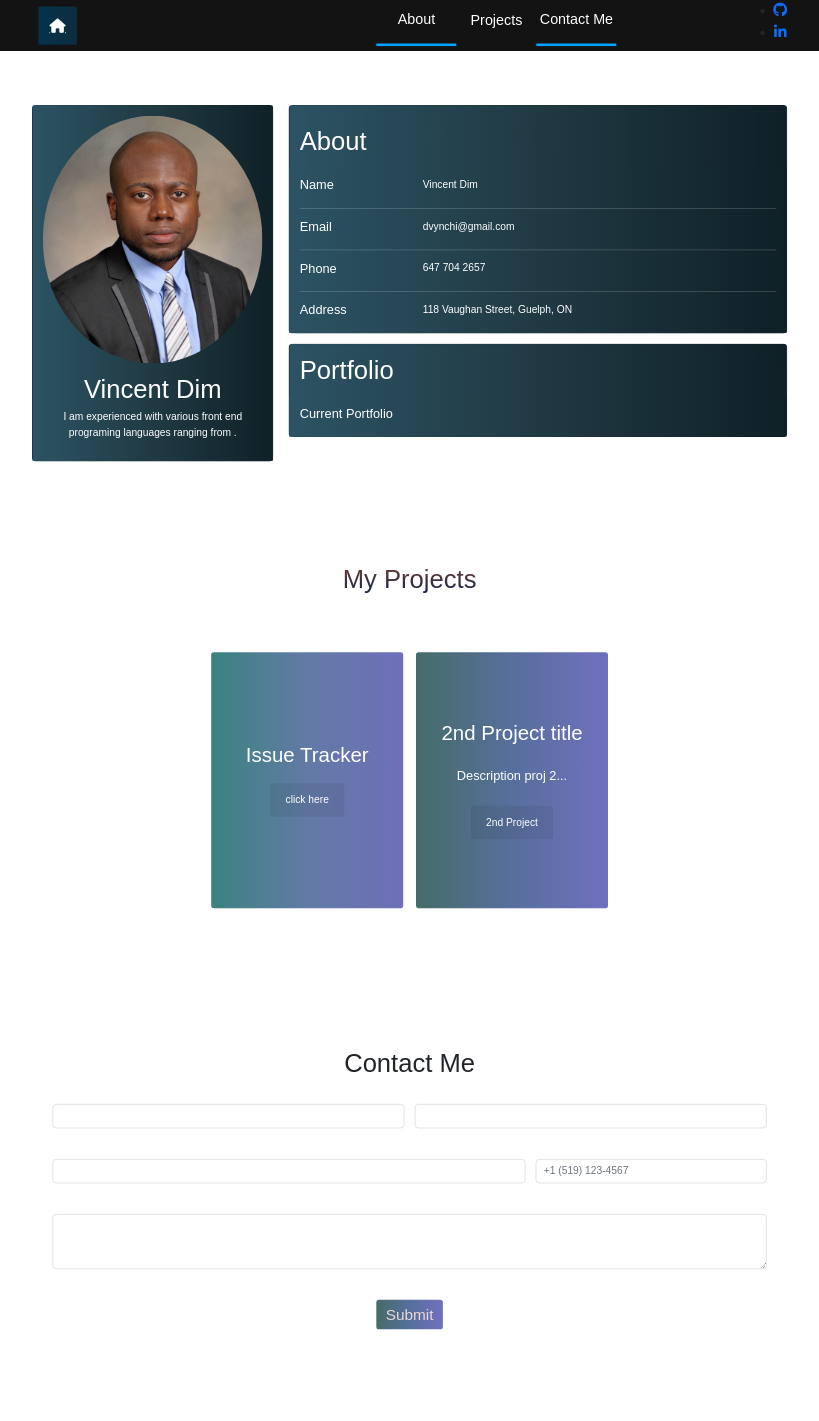
Repository: dvynchi/profile-2022
Page: index.html
The author's editor kept a copy of each file at every save. The page is drawn from the files as they stood at one save, then again after the next save.
The browser window is 1280 px wide. The pictures show the whole page, at 64% of full size.
Some web libraries are served in a nearby version.

Above is the page before, as saved 2022-08-22 22:16:38.

### index.html
<!DOCTYPE html>
<html lang="en">
<head>
    <meta charset="UTF-8">
    <meta http-equiv="X-UA-Compatible" content="IE=edge">
    <meta name="viewport" content="width=device-width, initial-scale=1.0">
    <title>Vincent Dim</title>
    <!-- embed remote icon library -->
    <script src="https://kit.fontawesome.com/f634dfbd28.js" crossorigin="anonymous"></script>
    <link rel="stylesheet" href="styles.css">
    <!-- embed remote style sheet - bootstrap -->
    <link rel="stylesheet" href="https://cdn.jsdelivr.net/npm/bootstrap@5.2.0/dist/css/bootstrap.min.css" rel="stylesheet" integrity="sha384-gH2yIJqKdNHPEq0n4Mqa/HGKIhSkIHeL5AyhkYV8i59U5AR6csBvApHHNl/vI1Bx" crossorigin="anonymous">
</head>

<body>

    <!-- Navbar Section -->

    <nav class="nav">
        <div class="navbar_container">
            <a href="#about" id="navbar_logo"><i class="fa fa-home fa" aria-hidden="true"></i></a>  <!--<a> is used to create hyperlink named color-->

                <!--create hamburger menu (3 bars)-->
            <div class="navbar_toggle" id="mobile-menu">
                <span class="bar"></span>
                <span class="bar"></span>
                <span class="bar"></span>
            </div>

            <!--CREATE NAV MENU-->
            <ul class="navbar_menu">
                <li class="navbar_item">
                    <a href="#about" class="navbar_links" id="about-page">About</a>
                </li>
                <li class="navbar_item">
                    <a href="#projects" class="navbar_links" id="projects-page">Projects</a>
                </li>
                <li class="navbar_item">
                    <a href="#contact" class="navbar_links" id="contact-page">Contact Me</a>
                </li>
            </ul>

            <!-- GitHub and Linkedin -->
            <ul class="icons">
                <li><a href="https://github.com/dvynchi/" class="github-icon"><span class="fa-brands fa-github"></span></a></li>
                <li><a href="#" class="linkedin-icon"><span class="fa-brands fa-linkedin-in"></span></a></li>
            </ul>
        </div>
    </nav>

    <!-- ABOUT and SIDEBAR -->
    <div class="main" id="about">
        <div class="main_container">
             <!-- SIDE BAR SECTION -->
             <div class="row">
                <div class="col-md-4 mt-1">
                    <div class="card text-center sidebar">
                        <div class="card-body">
                            <img src="./images/profile-pic-crop.png" class="rounded-circle" width="315" alt="profile picture">
                            <div class="mt-3">
                                <h3>Vincent Dim</h3>
                                <!-- <h2>Web Developer</h2> -->
                                <p>I am experienced with various front end programing languages ranging from .</p>
                            </div>
                        </div>
                    </div>
                </div>
                <!-- ABOUT SECTION -->
                <div class="col-md-8 mt-1">
                    <div class="card mb-3 content">
                        <h1 class="m-3 pt-3">About</h1>
                        <div class="card-body">
                            <div class="row">
                                <div class="col-md-3"><h5>Name</h5></div>
                                <div class="col-md-9"> Vincent Dim </div>
                            </div>
                            <hr> <!-- line break -->

                            <div class="row">
                                <div class="col-md-3"><h5>Email</h5></div>
                                <div class="col-md-9"> dvynchi@gmail.com</div>
                            </div>
                            <hr> <!-- line break -->

                            <div class="row">
                                <div class="col-md-3"><h5>Phone</h5></div>
                                <div class="col-md-9">647 704 2657</div>
                            </div>
                            <hr> <!-- line break -->

                            <div class="row">
                                <div class="col-md-3"><h5>Address</h5></div>
                                <div class="col-md-9">118 Vaughan Street, Guelph, ON</div>
                            </div>
                        </div>
                    </div>

                    <div class="card mb-3 content">
                        <h1 class="m-3">Portfolio</h1>
                        <div class="card-body">
                            <div class="row">
                                <div class="col-md-3">
                                    <h5>Current Portfolio</h5>
                                </div>
                                <div class="col-md-9">
                                    <!-- <a class="btn" href="https://drive.google.com/file/d/1lG7DyS50_LphFxIRxCRd57uQMBSZkR4-/view?usp=sharing" role="button">ePortfolio</a> -->
                                    <!-- <button class="submit" id="btn btn-primary" href="https://drive.google.com/file/d/1lG7DyS50_LphFxIRxCRd57uQMBSZkR4-/view?usp=sharing"><a>ePortfolio</a></button> -->
                                </div>
                            </div>
                        </div>
                    </div>
                </div>
            </div>
        </div>
    </div>


    <!-- PROJECTS SECTION (use image tag in place of p to insert an image)-->

    <div class="projects" id="projects">
        <h1>My Projects</h1>
        <div class="projects_wrapper">

            <div class="projects_card">
                <h2>Issue Tracker</h2>
                <!-- <p>Description proj 1...</p> -->
                <div class="projects_btn"><button onclick="location.href='https://dvynchi.github.io/issue-tracker/'" type="button">click here</button></div>
            </div>
            <!-- ------------------------- -->
            <div class="projects_card">
                <h2>2nd Project title</h2>
                <p>Description proj 2...</p>
                <div class="projects_btn"><button>2nd Project</button></div>
            </div>
            <!-- ------------------------- -->
            <!-- <div class="projects_card">
                <h2>3rd Project title</h2>
                <p>Description proj 3...</p>
                <div class="projects_btn"><button>3rd Project</button></div>
            </div> -->
            <!-- ------------------------- -->
            <!-- <div class="projects_card">
                <h2>4th Project title</h2>
                <p>Description proj 4...</p>
                <div class="projects_btn"><button>4th Project</button></div>
            </div> -->
        </div>
    </div>

    <!-- CONTACT SECTION (use image tag in place of p to insert an image)-->

    <div class="main" id="contact">
        <div class="main_container">
            <div class="main_content">
                <div class="container mt-5">
                    <h1>Contact Me</h1>
                    <!-- ----------- start grid (divide one row into cols) ----------->
                    <!-- ----------- Max container width is 12 ----------->
                    <!-- ----------- cols 1 + 2 = 100% , cols 3 + 4 = 100% ------->
                    <!-- ----------- 'required' ensures field must be filled --------->
                    <form class="row g-3" action="https://formsubmit.co/dvynchi@gmail.com" method="POST">

                        <!-- Honeypot -->
                        <input type="text" name="_honey" style="display: none">
                        <!-- Success Page -->
                        <input type="hidden" name="_next" value="https://dvynchi.github.io/profile-2022/success.html">

                        <!-----------col1--medium column of 50% (ie: 6/12)--------->
                        <div class="col-md-6">
                            <label for="firstName" class="form-label">First Name</label>
                            <input type="text" class="form-control"  name="name" id="firstName" required>
                        </div>

                        <div class="col-md-6">
                            <label for="lastName" class="form-label">Last Name</label>
                            <input type="text" class="form-control" name="Last Name" id="lastName" required>
                        </div>

                        <div class="col-md-8">
                            <label for="emailInfo" class="form-label">Email</label>
                            <input type="email" class="form-control" name="email" id="emailInfo" required>
                        </div>

                        <div class="col-md-4">
                            <label for="phoneNumber" class="form-label">Phone</label>
                            <input type="text" class="form-control" name="phone" id="phoneNumber" placeholder="+1 (519) 123-4567">
                        </div>
                        <!-- -------- comments box - full width of the container ------>
                        <div class="col-md-12">
                            <label for="message" class="form-label">Message</label>
                            <textarea class="form-control" id="message" name="message" rows="3" required></textarea>
                        </div>
                        <!-- -------- Button ------>
                        <div class="col-md-12">
                            <!-- <button class="submit" id="btn btn-primary">Submit</button> -->
                            <!-- Used <a> so hover effect doesn't cover text. -->
                            <button class="submit" id="btn btn-primary"><a> Submit</a></button>
                        </div>

                    </form>
                </div>
            </div>
        </div>
    </div>


    <!-- link app.js -->
    <!-- script tag is used to embed javascript-->
    <script src="app.js"></script>
</body>
</html>

### styles.css
* {
    box-sizing: border-box;
    margin: 0;
    padding: 0;
    font-family: 'Kumbh Sans', sans-serif;
    scroll-behavior: smooth;
}


/******************************************* NAV SECTION ***********************************************/
.nav {
    background: #131313;   /* Hex code */
    height: 80px;
    display: flex;
    justify-content: center;
    align-items: center;
    font-size: 1.4rem;        /* 1.4 * 16px */
    position: sticky;
    top: 0;
    z-index: 999;             /* so navbar is always on top when scrolling */
}

.navbar_container {
    display: flex;
    justify-content: space-between;
    text-align: center;
    height: 80px;
    z-index: 1;
    width: 100%;
    max-width: 1300px;
    margin: 0 auto ;           /* (top and bottom) (left and right) */
    padding: 0 50px;
}


/* id(#) is used to style only one element on the webpage */
/* class(.) is used to style multiple elements */


/* I added an icon as opposed to text */

#navbar_logo {
    margin: 10px;
    height: 60px;
    width: 60px;
    border-radius: 2px;
    display: flex;
    flex-direction: column;
    justify-content: center;
    color: #fff;
    background-image: linear-gradient(to right, #03324e 0%, #0e2d3e 100%);
}

.navbar_menu {
    display: flex;
    align-items: center;
    list-style: none;
}

.navbar_item {
    height: 80px;
}

.navbar_links {
    color: #fff;
    display: flex;
    align-items: center;
    justify-content: center;
    width: 125px;
    text-decoration: none;
    height: 100%;
    transition: all 0.3s ease;
}

/*Home icon properties*/
.navbar_btn {
    display: flex;
    justify-content: center;
    align-items: center;
    padding: 0 1rem;                         /* top bottom, left right */
    width: 100%;
}

/* nav links glow upon hover */
.navbar_links:hover {
    color:#1176b9;
    transition: all 0.3s ease;
}

/* RESPONSIVENESS */
/* site adjusts width of display */
/* If [device width] is less than or equal to max-width do {..} */

@media screen and (max-width: 960px) {
    .navbar_container {
        display: flex;
        justify-content: space-between;
        height: 80px;
        z-index: 1;
        width: 100%;
        max-width: 1300px;
        padding: 0;
    }

    /* DROPDOWN PROPERTIES */
    .navbar_menu {
        display: grid;
        grid-template-columns: auto;
        margin: 0;
        width: 100%;
        position: absolute;
        top: -1000px;               /* Prevents navbar from clustering together if page is below max-width. Must be used with position absolute */
        opacity: 1;
        transition: all 0.5s ease;
        z-index: -1;
    }

    .navbar_menu.active {
        background: #131313;
        top: 100%;
        opacity: 1;
        transition: all 0.5s ease;
        z-index: 99;
        height: 40vh;
        font-size: 1.6rem;
    }

    #navbar_logo {
        padding-left: 1px;       /* home button - originally 25px */
    }

    /* HAMBURGER SECTION */

    .navbar_toggle .bar {
        width: 25px;
        height: 3px;
        margin: 5px auto;
        transition: all 0.3s ease-in-out;
        background: #fff;
    }

    .navbar_item {
        width: 100%;
    }

    .navbar_links {
        text-align: center;
        padding: 2rem;
        width: 100%;
        display: table;
    }

    .navbar_btn  {
        padding-bottom: 2rem;
    }

    /* HAMBURGER */

    #mobile-menu  {
        position: absolute;
        top: 20%;
        right: 5%;
        transform: translate(5%, 20%);
    }

    .navbar_toggle .bar {
        display: block;
        cursor: pointer;
    }

    /* hamburger menu animation (see app.js) */
    /* hamburger menu id was defined as 'mobile-menu' in index.html */
    /* rotate bars 1,3; but hide bar 2 */

    #mobile-menu.is-active .bar:nth-child(2)  {
        opacity: 0;
    }
    #mobile-menu.is-active .bar:nth-child(1) {
        transform: translateY(8px) rotate(45deg);
    }
    #mobile-menu.is-active .bar:nth-child(3) {
        transform: translateY(-8px) rotate(-45deg);
    }

}


/* SCROLL ATTRIBUTE - line under nav links*/
.highlight {
    border-bottom: 4px solid rgb(0, 162, 255);
}


/******************************************* SIDEBAR ***********************************************/

.card-body {
    background: #0F2027;
    background: -webkit-linear-gradient(to right, #2C5364, #203A43, #0F2027);
    background: linear-gradient(to right, #2C5364, #203A43, #0F2027);
    height: 100%;
}

.card-body h2, .card-body h3, .card-body p {
    color: #fff;
}

/******************************************* ABOUT SECTION ***********************************************/

.main {
    background-color:  white;
    padding: 5rem 0;                        /* was 10rem, but too much space */
}

.main_container {
    display: grid;
    grid-template-columns: 1fr;      /*original was 1fr 1fr - split into two halves but not enough space */
    align-items: center;
    justify-content: center;
    margin: 0 auto;
    height: 90%;
    z-index: 1;
    width: 100%;
    max-width: 1300px;
    padding: 0 50px;
}

.main_container h3 {
    font-size: 2.5rem;
}

.row {
    color: #fff;
}

.card {
    background: -webkit-linear-gradient(to right, #2C5364, #203A43, #0F2027);
    background: linear-gradient(to right, #2C5364, #203A43, #0F2027);
}


/* Mobile Responsiveness for Sidebar, About and Contact Sections */

@media screen and (max-width: 1300px) {
    main_container
    {
        display: grid;
        grid-template-columns: 1fr;
        align-items: center;
        justify-content: center;
        width: 100%;
        margin: 0 auto;
        height: 90%;
    }

    .main_content  {
        text-align: center;
        margin-bottom: 4rem;
    }

    .main_content h1  {
        font-size: 2.5rem;
        margin-top: 2rem;
    }

    .main_content h2  {
        font-size: 2.5rem;
    }

    .main_content p  {
        font-size: 1rem;
        margin-top: 1.5rem;
    }

    .row img {                                       /* center image with screen change */
        display: grid;
        grid-template-columns: 1fr;
        align-items: center;
        justify-content: center;
        width: 100%;
        margin: 0 auto;
        height: 90%;

    }
}


/******************************************* PROJECTS SECTION ***********************************************/

.projects {
    background: white;
    display: flex;
    flex-direction: column;
    justify-content: center;
    align-items: center;
    height: 100%;
    padding: 5rem 0;                                 /* was 10rem, but too much space */
  }

.projects h1 {
    background-color: #6325a1;
    background-image: linear-gradient(to top, #10234c 0%, #724030 100%);
    background-size: 100%;
    -webkit-background-clip: text;
    -moz-background-clip: text;
    -webkit-text-fill-color: transparent;
    -moz-text-fill-color: transparent;
    margin-bottom: 5rem;
    font-size: 2.5rem;
}

.projects_wrapper {
    display: grid;
    grid-template-columns: 1fr 1fr;     /* add more per new project */
    grid-template-rows: 1fr;
}

/* Add color to each project card */

.projects_card {
    margin: 10px;
    height: 400px;
    width: 300px;
    border-radius: 4px;
    display: flex;
    flex-direction: column;
    justify-content: center;
    color: #fff;
    background-image: linear-gradient(to right,#3b837e, #627aa6, #6f6fb9);
    transition: 0.3s ease-in;
}

.projects_card:nth-child(2) {
    background: #7F7FD5;  /* fallback for old browsers */
    background: -webkit-linear-gradient(to right, #3b837e, #627aa6, #6f6fb9);
    background: linear-gradient(to right, #456c69, #576f9c, #7070bf);
}

.projects_card:nth-child(3) {
    background: #7F7FD5;  /* fallback for old browsers */
    background: -webkit-linear-gradient(to right, #3b837e, #627aa6, #6f6fb9);
    background: linear-gradient(to right, #456c69, #576f9c, #7070bf);
}

.projects_card:nth-child(4) {
    background: #7F7FD5;
    background: -webkit-linear-gradient(to right, #3b837e, #627aa6, #6f6fb9);
    background: linear-gradient(to right, #456c69, #576f9c, #7070bf);
}

.projects_card:nth-child(5) {
    background: #7F7FD5;
    background: -webkit-linear-gradient(to right, #3b837e, #627aa6, #6f6fb9);
    background: linear-gradient(to right, #456c69, #576f9c, #7070bf);
}

.projects_card:nth-child(6) {
    background: #7F7FD5;
    background: -webkit-linear-gradient(to right, #3b837e, #627aa6, #6f6fb9);
    background: linear-gradient(to right, #456c69, #576f9c, #7070bf);
}

.projects_card h2 {
    text-align: center;
}

.projects_card h3 {
    text-align: center;
}

.projects_card p {
    text-align: center;
    margin-top: 24px;
    font-size: 20px;
}

.projects_btn {
    display: flex;
    justify-content: center;
    margin-top: 16px;
}

/* button properties and animation. The entire card is the button */

.projects_card button {
    color: #fff;
    padding: 14px 24px;
    border: none;
    outline: none;
    border-radius: 4px;
    background: #13131313;
    font-size: 1rem;
}

.projects_card button:hover {
    cursor: pointer;
}

.projects_card:hover {
    transform: scale(1.075);
    transition: 0.3s ease-in;
    cursor: pointer;
}

/* split cards into grid at specified browser width */

@media screen and (max-width: 1300px) {
    .projects_wrapper {
        grid-template-columns: 1fr 1fr;
    }
}

@media screen and (max-width: 768px) {
    .projects_wrapper {
        grid-template-columns: 1fr;
    }
}

/******************************************* CONTACT SECTION ***********************************************/


.main_content {
    text-align: center;
    margin-bottom: 4rem;
}

.main_content h1 {
    font-size: 2.5rem;
    margin-top: 2rem;
}

.main_content h2 {
    font-size: 2.5rem;
}

.main_content p {
    font-size: 1rem;
    margin-top: 1.5rem;
}


.submit {
    font-size: 1.5rem;
    background: #7F7FD5;
    background: -webkit-linear-gradient(to right, #3b837e, #627aa6, #6f6fb9);
    background: linear-gradient(to right, #456c69, #576f9c, #7070bf);
    padding: 5px 15px;
    border: none;
    outline: none;
    border-radius: 4px;
    margin-top: 2rem;
    cursor: pointer;
    position: relative;
    color: rgb(234, 216, 216);
    transition: all 0.3s ease;
    outline: none;
}

.submit a {
    position: relative;
    z-index: 2;
    color: #fff;
    text-decoration: none;
}

/* hover effect for button */
.submit::after {
    position: absolute;
    content: '';
    top: 0;
    left: 0;
    width: 0;
    height: 100%;
    background: #740274;
    transition: all 0.35s;
    border-radius: 4px;
}

.submit:hover {
    color: rgb(255, 255, 255);
}

.submit:hover:after {
    width: 100%;
}

/* ePortfolio button */

.btn {
    font-size: 10rem;
    background: #7F7FD5;
    background: -webkit-linear-gradient(to right, #75cec8, #91acdc, #8c8cdb);
    background: linear-gradient(to right, #77b3ae, #738fc3, #9393df);
    padding: 5px 15px;
    border: none;
    outline: none;
    border-radius: 4px;
    cursor: pointer;
    position: relative;
    color: rgb(234, 216, 216);
    transition: all 0.3s ease-in;
}

### app.js
const ham = document.querySelector('#mobile-menu');
const hamLinks = document.querySelector('.navbar_menu');
// const navLogo = document.querySelector('#navbar_logo')

/* display mobile menu using arrow function */
/* toggle the "is-active" class made in css */

const mobileMenu = () =>
{
    ham.classList.toggle('is-active');
    hamLinks.classList.toggle('active');
};

/* Run hamMenu function upon click */
ham.addEventListener('click', mobileMenu);




/************************************* Unnecessary ****************************************************** */


/* Show active menu when scrolling - Auto switch navbar when scrolling */

const highlightMenu = () =>
{
    const elem = document.querySelector('.highlight')
    const homeMenu = document.querySelector('#about-page')
    const aboutMenu = document.querySelector('#projects-page')
    const contactMenu = document.querySelector('#contact-page')

    let scrollPos = window.scrollY

      //   Add highlights class to menu items [desktop view only i.e 960px]
      //   Every 600px while scrolling, the tabs auto switch to the corresponding page
    if (window.innerWidth > 960 && scrollPos < 600)
    {
        homeMenu.classList.add('highlight')
        aboutMenu.classList.remove('highlight')
        return;
    }
    else if (window.innerWidth > 960 && scrollPos < 1400)
    {
        aboutMenu.classList.add('highlight')
        homeMenu.classList.remove('highlight')
        contactMenu.classList.remove('highlight')
        return;
    }
    else if (window.innerWidth > 960 && scrollPos < 2345)
    {
        contactMenu.classList.add('highlight')
        aboutMenu.classList.remove('highlight')
        return;
    }

    if ((elem && window.innerWidth < 960 && scrollPos < 600) || elem)
    {
        elem.classList.remove('highlight')
    }

}

// call highlightMenu
window.addEventListener('scroll', highlightMenu);
window.addEventListener('click', highlightMenu);

After the next save:
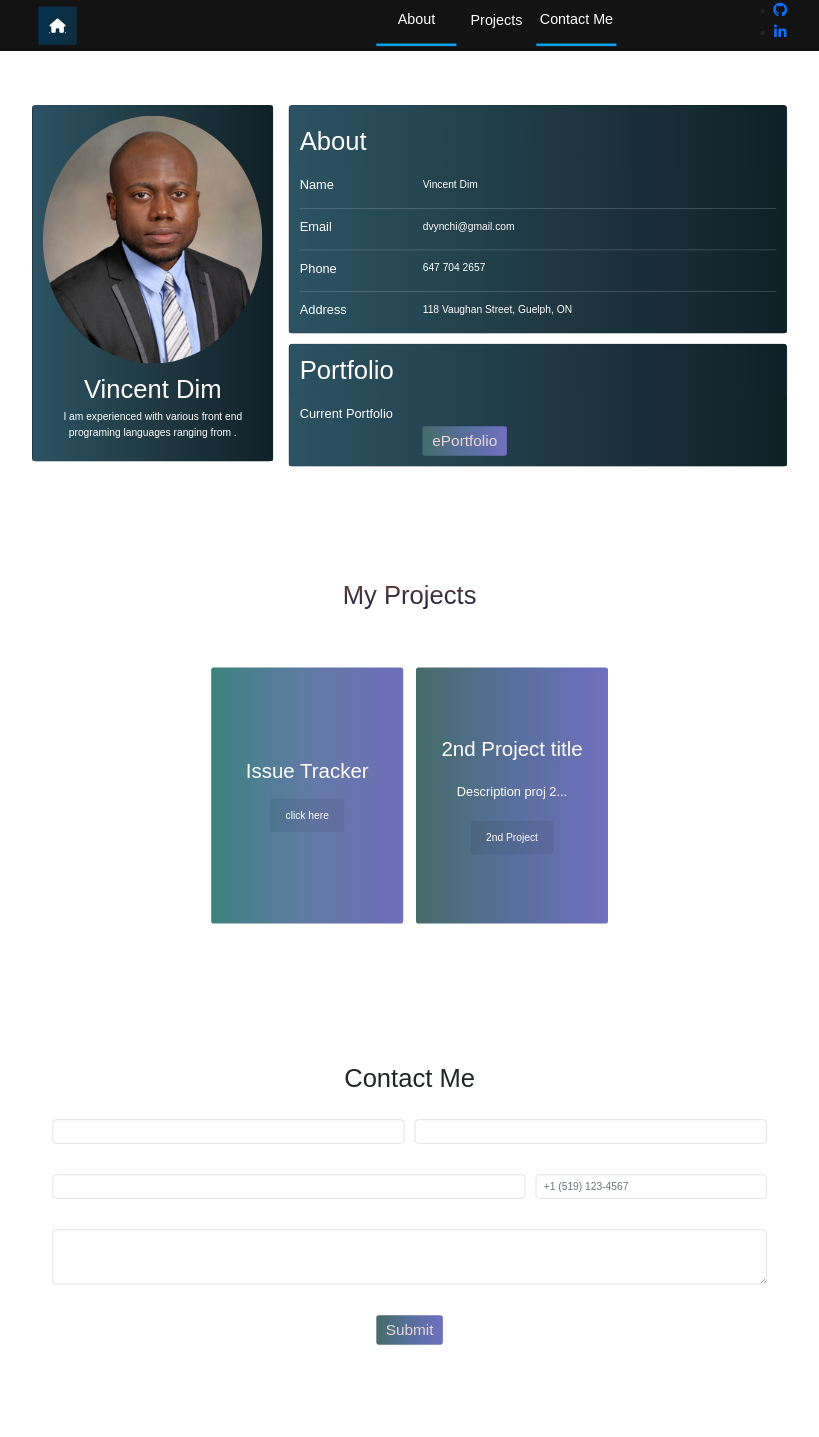
Saved 91 s later.
--- a/index.html
+++ b/index.html
@@ -104,7 +104,7 @@
                                 </div>
                                 <div class="col-md-9">
                                     <!-- <a class="btn" href="https://drive.google.com/file/d/1lG7DyS50_LphFxIRxCRd57uQMBSZkR4-/view?usp=sharing" role="button">ePortfolio</a> -->
-                                    <!-- <button class="submit" id="btn btn-primary" href="https://drive.google.com/file/d/1lG7DyS50_LphFxIRxCRd57uQMBSZkR4-/view?usp=sharing"><a>ePortfolio</a></button> -->
+                                    <button class="submit" id="btn btn-primary" href="https://drive.google.com/file/d/1lG7DyS50_LphFxIRxCRd57uQMBSZkR4-/view?usp=sharing"><a>ePortfolio</a></button>
                                 </div>
                             </div>
                         </div>
